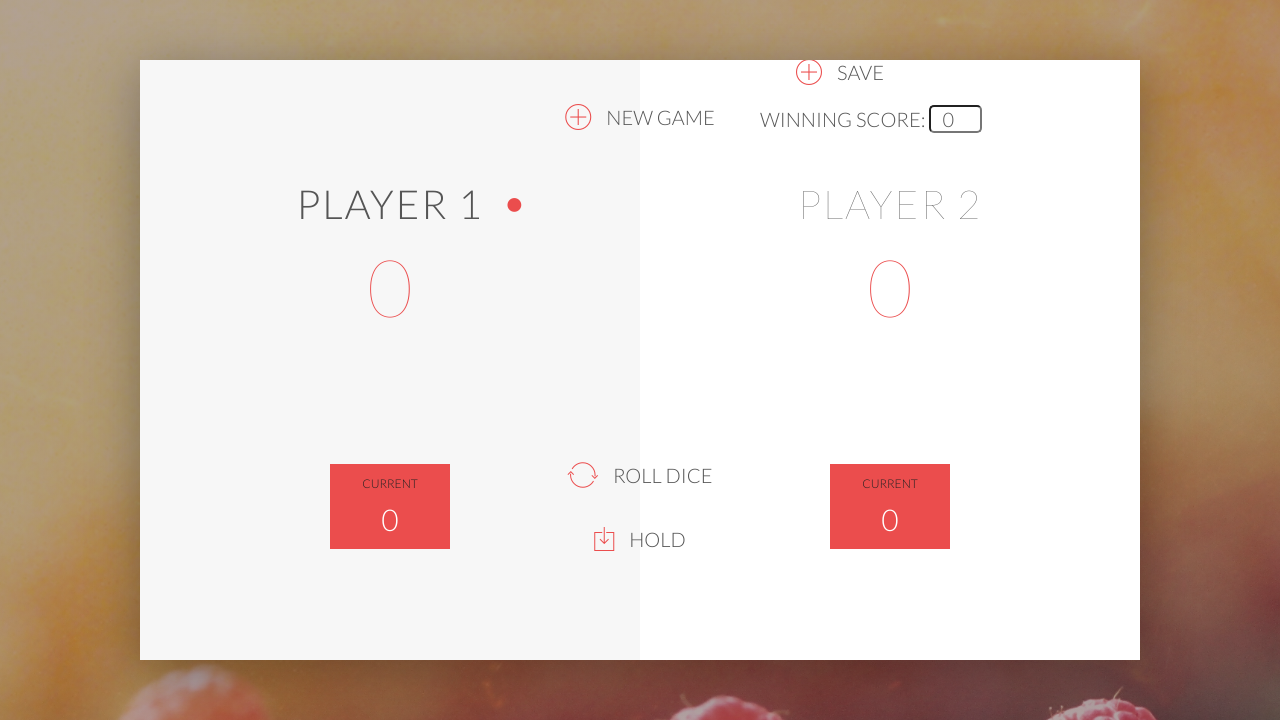
Repository: hexanek/hexanek.github.io
Page: pig-game/index.html
An editor plug-in stored every save of this project. The page is shown before and after the next save, followed by the edit.
The browser window is 1280 px wide. The pictures show the whole page.

Above is the page before, as saved 2019-12-18 21:32:29.

After the next save:
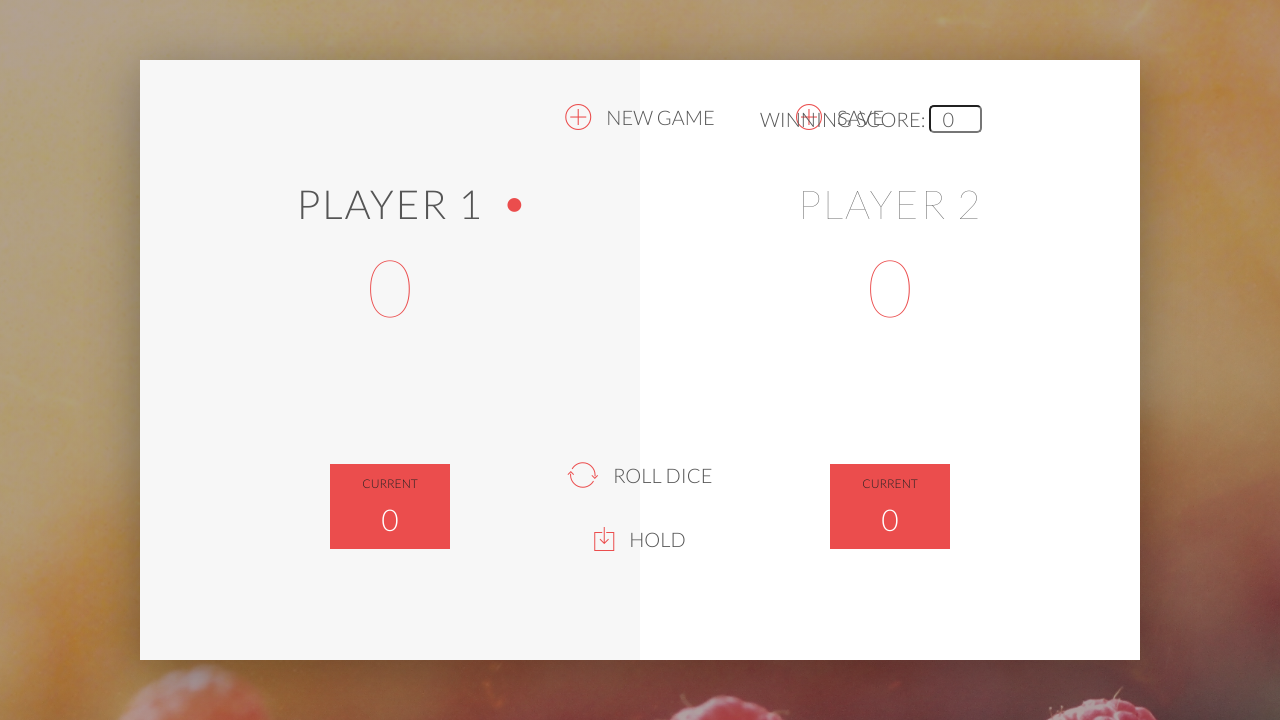
Saved 55 s later.
--- a/pig-game/style.css
+++ b/pig-game/style.css
@@ -119,6 +119,7 @@ button {
     transition: background-color 0.3s, color 0.3s;
 }
 .btn-save{
+    top: 45px;
     position: absolute;
     width: 200px;
     left: 70%;
